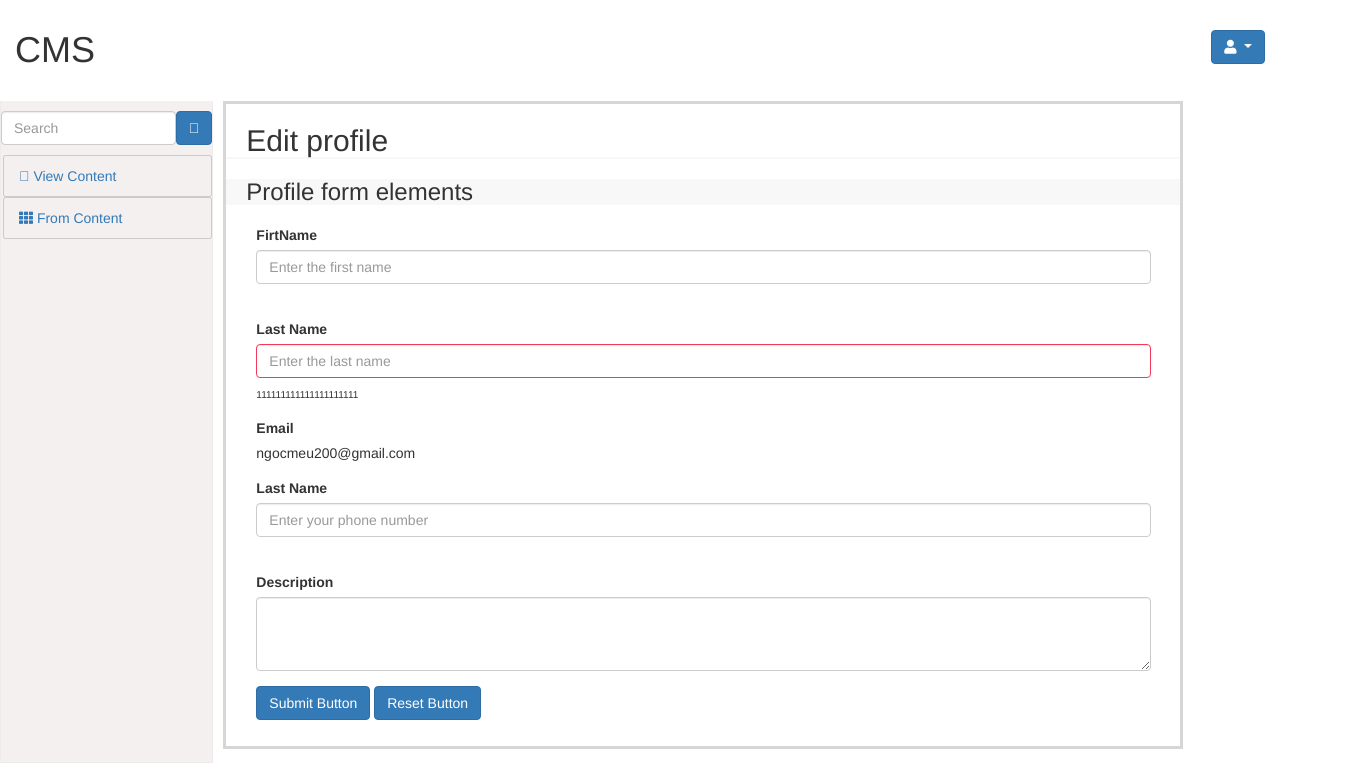
Repository: NgocNB20/travel
Page: NgocNb20_assigment8_9/edit.html
The author's editor kept a copy of each file at every save. The page is drawn from the files as they stood at one save, then again after the next save.
The browser window is 1280 px wide. The page is 1366 px wide, so the pictures cover 1366 px, including what lies to the right of the window. The pictures show the whole page.
Some web libraries are served in a nearby version.

Above is the page before, as saved 2021-10-06 14:47:48.

### NgocNb20_assigment8_9/edit.html
<!DOCTYPE html>
<html>

<head>
  <meta name="viewport" content="width=device-width, initial-scale=1.0">
  <link rel="stylesheet" href="https://maxcdn.bootstrapcdn.com/bootstrap/4.0.0/css/bootstrap.min.css"
    integrity="sha384-Gn5384xqQ1aoWXA+058RXPxPg6fy4IWvTNh0E263XmFcJlSAwiGgFAW/dAiS6JXm" crossorigin="anonymous">
  <link rel="canonical" href="https://getbootstrap.com/docs/5.1/examples/sidebars/">
  <link rel="stylesheet" href="https://maxcdn.bootstrapcdn.com/bootstrap/3.4.1/css/bootstrap.min.css">
  <link rel="stylesheet" href="https://pro.fontawesome.com/releases/v5.10.0/css/all.css"
    integrity="sha384-AYmEC3Yw5cVb3ZcuHtOA93w35dYTsvhLPVnYs9eStHfGJvOvKxVfELGroGkvsg+p" crossorigin="anonymous" />
  <link rel="stylesheet" href="./add.css">
  <link rel="stylesheet" href="./edit.css">
  <script src="https://ajax.googleapis.com/ajax/libs/jquery/3.4.1/jquery.min.js"></script>
  <script src="https://maxcdn.bootstrapcdn.com/bootstrap/3.4.1/js/bootstrap.min.js"></script>
</head>

<body>
  <div class="content">
    <div class="container-fluid">
      <div class="row menu-header">
        <div class="col-6">
          <h1 class="page-header ">CMS</h1>
        </div>
        <div class="col-6">
          <div class="btn-group">
            <button class="btn btn-primary dropdown-toggle" type="button" id="dropdownMenuButton"
              data-toggle="dropdown">
              <i class="fas fa-user"></i>
            </button>
            <div class="dropdown-menu">
              <a class="dropdown-item" href="/login.html"><i class="fas fa-sign-out-alt"></i>Logout</a>
              <a class="dropdown-item" href="./edit.html"><i class="fas fa-user"></i>User profile</a>
            </div>
          </div>
        </div>


      </div>

    </div>
    <div class="container-fluid">

      <div class="row">
        <div class="col-3"></div>
      </div>
      <div class="row">

        <div class="col-2 sidebar-left mb-auto flex-column">
          <div class="search">
            <input type="email" class="form-control search-query" placeholder="Search">
            <button type="submit" class="btn btn-primary btn-search"><i class="fad fa-search"></i></button>

          </div>
          <ul class="nav nav-pills flex-column mb-auto">
            <li class="nav-item">
            </li>
            <li>
              <a href="./view.html" class="nav-link link-dark">
                <i class="fal fa-pen-square"></i> View Content
              </a>
            </li>
            <li>
              <a href="./add.html" class="nav-link link-dark">
                <i class="fas fa-th"></i> From Content
              </a>
            </li>

          </ul>

        </div>
        <div class="col-9 sidebar-right">
          <h2 class="title-add">Edit profile</h2>
          <h3 class="title-form">Profile form elements</h3>
          <div class="container ">
            <div class="row form">
              <div class="col-10">
                <form id="form_input">
                  <div class="form-group ">
                    <label for="exampleFormControlInput1" class="form-desc">FirtName</label>
                    <input type="text" class="form-control" id="exampleFormControlInput1"
                      placeholder="Enter the first name">
                      <span class="form-message"></span>
                  </div>
                  <div class="form-group ">
                    <label for="exampleFormControlInput1" class="form-desc">Last Name</label>
                    <input type="text" class="form-control invalid " id="exampleFormControlInput1"
                      placeholder="Enter the last name">
                      <span class="form-message">111111111111111111111</span>
                  </div>
                  <div class="form-group ">
                    <label for="exampleFormControlInput1" class="form-desc">Email</label>
                     <br><span class="form-email" >ngocmeu200@gmail.com</span>
                  </div>
                  <div class="form-group ">
                    <label for="exampleFormControlInput1" class="form-desc">Last Name</label>
                    <input type="text" class="form-control " id="exampleFormControlInput1"
                      placeholder="Enter your phone number">
                      <span class="form-message"></span>
                  </div>
                  <div class="form-group">
                    <label for="exampleFormControlTextarea1" class="form-desc">Description</label>
                    <textarea class="form-control" id="exampleFormControlTextarea1" rows="3"></textarea>
                  </div>
                  <div class="form-group">
                    <input class="btn btn-primary btn_submit123" type="submit" value="Submit Button">
                    <input class="btn btn-primary btn_reset123" type="button" value="Reset Button">
                  </div>


                </form>
              </div>

            </div>

          </div>
        </div>
      </div>
    </div>
  </div>

  <script type="text/javascript" src="./edit.js"></script>
</body>

</html>

### NgocNb20_assigment8_9/add.css
.content{
    width: 100%;
    height: 100vh;

}
.page-header h1{
    color:#a69c98;
    text-align: left;
}
.header {

    background-color:#f0eaeab4;
     height: 8vh;
     align-items: center;
    border: 1px solid #f0eaeab4;

}
.sidebar-left{
    background-color:#f0eaeab4;
    border: 1px solid #f0eaeab4;
    height:92vh;
    border-top: 0px;

}
.d-flex.flex-column.flex-shrink-0.p-3.bg-light {
    width: 100%;
}
.col-2.sidebar-left {
    padding: 0;
}
.d-flex.flex-column.flex-shrink-0.bg-light {
    height: 100%;
}


.form {

    margin: 0;

    padding: 0;

}
.title-add{
    padding-left: 2rem;
    margin-top: 2rem;
    margin-bottom: 1rem;
    border-bottom: 2px solid #f8f8f8;

}
h3.title-form {
     padding-left: 2rem;
     background-color:#f8f8f8;
    margin-bottom: 0;
}

.col-9.sidebar-right {
    margin-left: 1rem;
    padding: 0;
    border: 3px solid #3333;
    height: 90vh;
}
.btn-search{
 cursor: pointer;
 margin: 0;
}
.search {

    display: flex;
    justify-content: flex-start;
    margin-top: 1rem;

}
.search-query{
    width: 70%;
}
h3.title-form {
    margin-bottom: 2rem;
}

.form-desc{
    font-weight: bold;
}
.page-header {
    padding-bottom: 0;
    margin:0;
    border-bottom:0 solid #eee;
}
.row.menu-header {
    justify-content: space-between;
    margin-top: 3rem;
    margin-bottom: 3rem;
}
.row.menu-header {
    text-align: right;
}
h1.page-header {
    text-align: left;
}

.dropdown-menu {
    position: absolute;
    top: 100%;
    left: -62px;
    z-index: 1000;
    display: none;
    float: left;
    min-width: 120px;
    padding: 5px 0;
    margin: 2px 0 0;
    font-size: 14px;
    text-align: left;
    list-style: none;
    background-color: #fff;
    background-clip: padding-box;
    border: 1px solid #ccc;
    border: 1px solid rgba(0,0,0,.15);
    border-radius: 4px;
    -webkit-box-shadow: 0 6px 12px rgb(0 0 0 / 18%);
    box-shadow: 0 6px 12px rgb(0 0 0 / 18%);
}
a.nav-link.link-dark {
    border: 1px solid #3333;
}
ul.nav.nav-pills.flex-column.mb-auto {
    margin-top: 1rem;
}
input.form-control.search-query {
    flex: 1 0 60%;
}

### NgocNb20_assigment8_9/edit.css
.form-email{
    border: 0px;
}
span.form-message {
    font-size: 1rem;
    display: inline-block;
    padding-top: 1rem;
}
.invalid  {
    border-color: #f33a58;
  }

### NgocNb20_assigment8_9/edit.js
var formElement = document.querySelector("#form_input");
formElement.onsubmit = (event) => {
  event.preventDefault();
  console.log("aaaa")
}

After the next save:
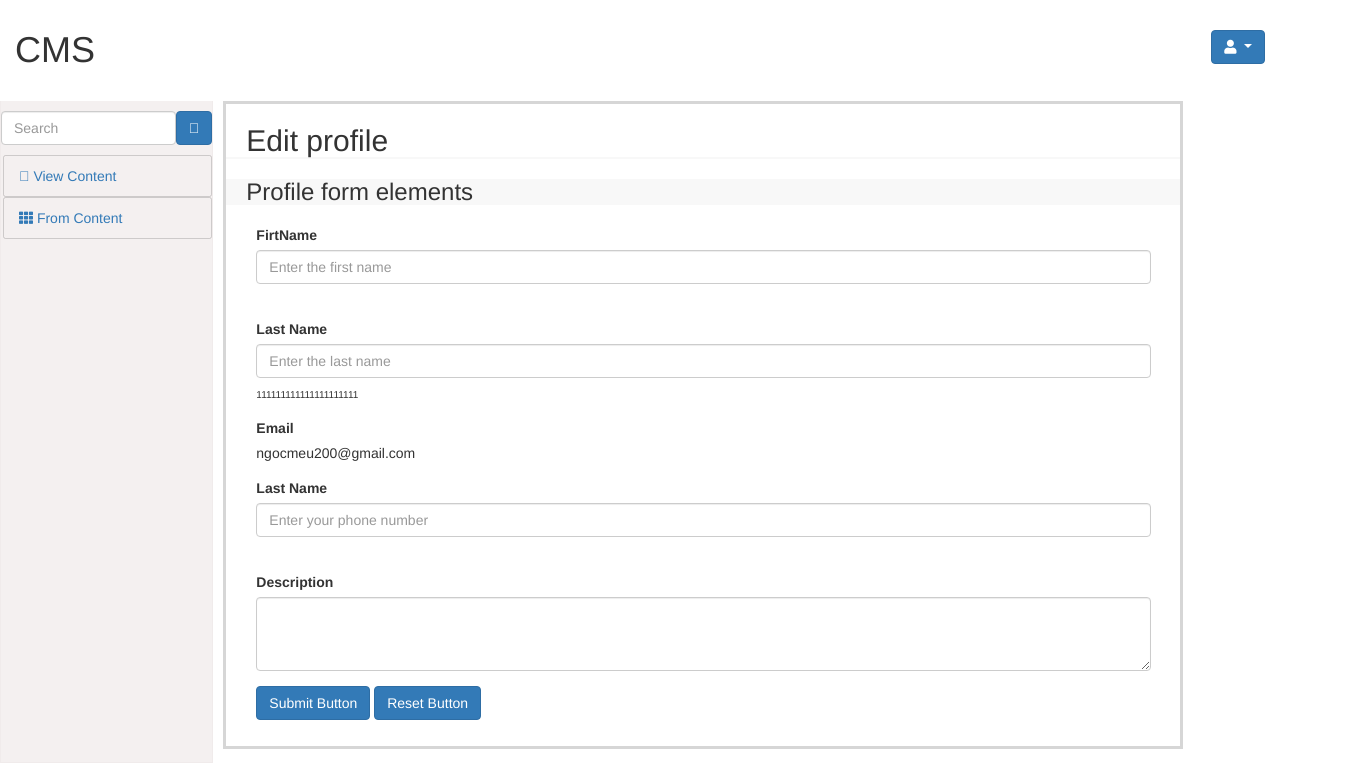
Saved 43 s later.
--- a/NgocNb20_assigment8_9/edit.css
+++ b/NgocNb20_assigment8_9/edit.css
@@ -6,6 +6,6 @@
     display: inline-block;
     padding-top: 1rem;
 }
-.invalid  {
+.form-group.invalid .form-control {
     border-color: #f33a58;
   }

After the 2 saves that followed:
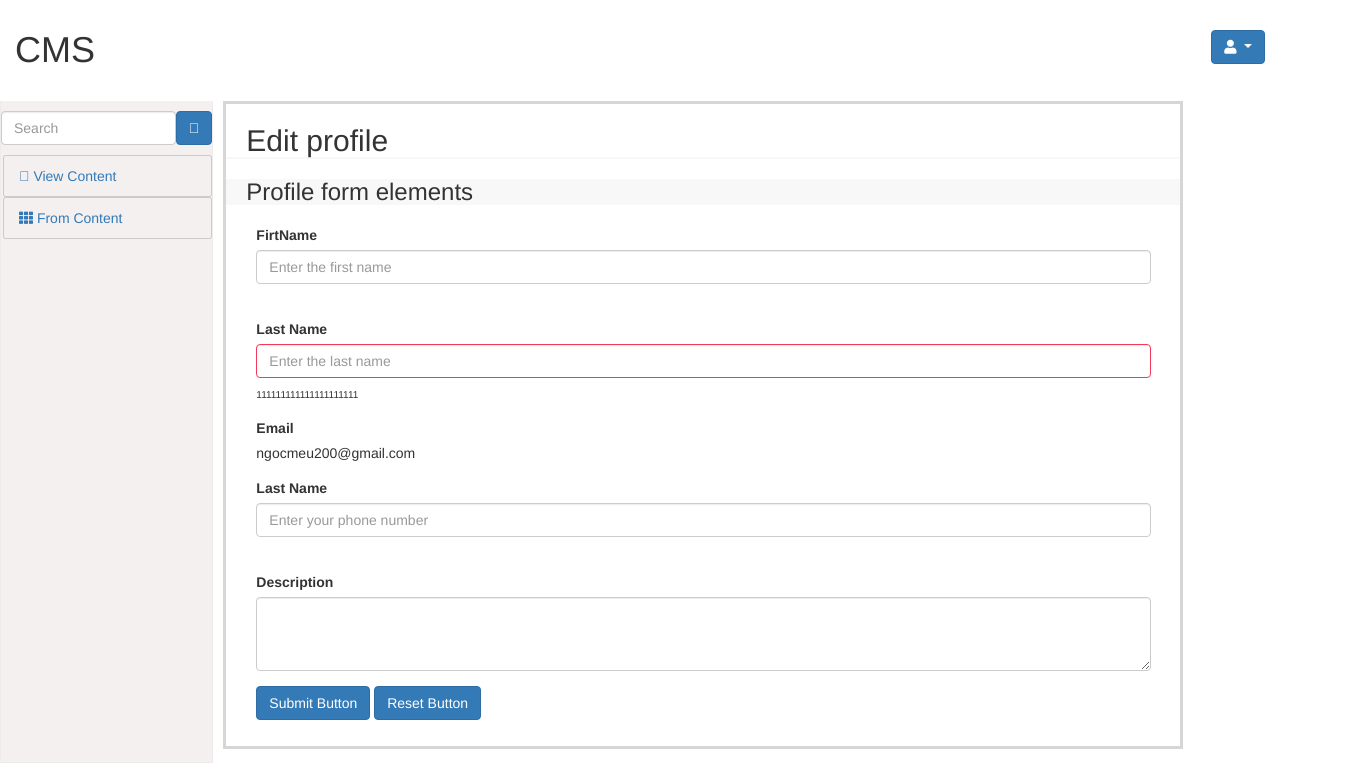
The 2 saves are shown as one change because 1 left the picture as it was.
The last was saved 12 s later.
--- a/NgocNb20_assigment8_9/edit.css
+++ b/NgocNb20_assigment8_9/edit.css
@@ -6,6 +6,6 @@
     display: inline-block;
     padding-top: 1rem;
 }
-.form-group.invalid .form-control {
+.invalid   {
     border-color: #f33a58;
   }
